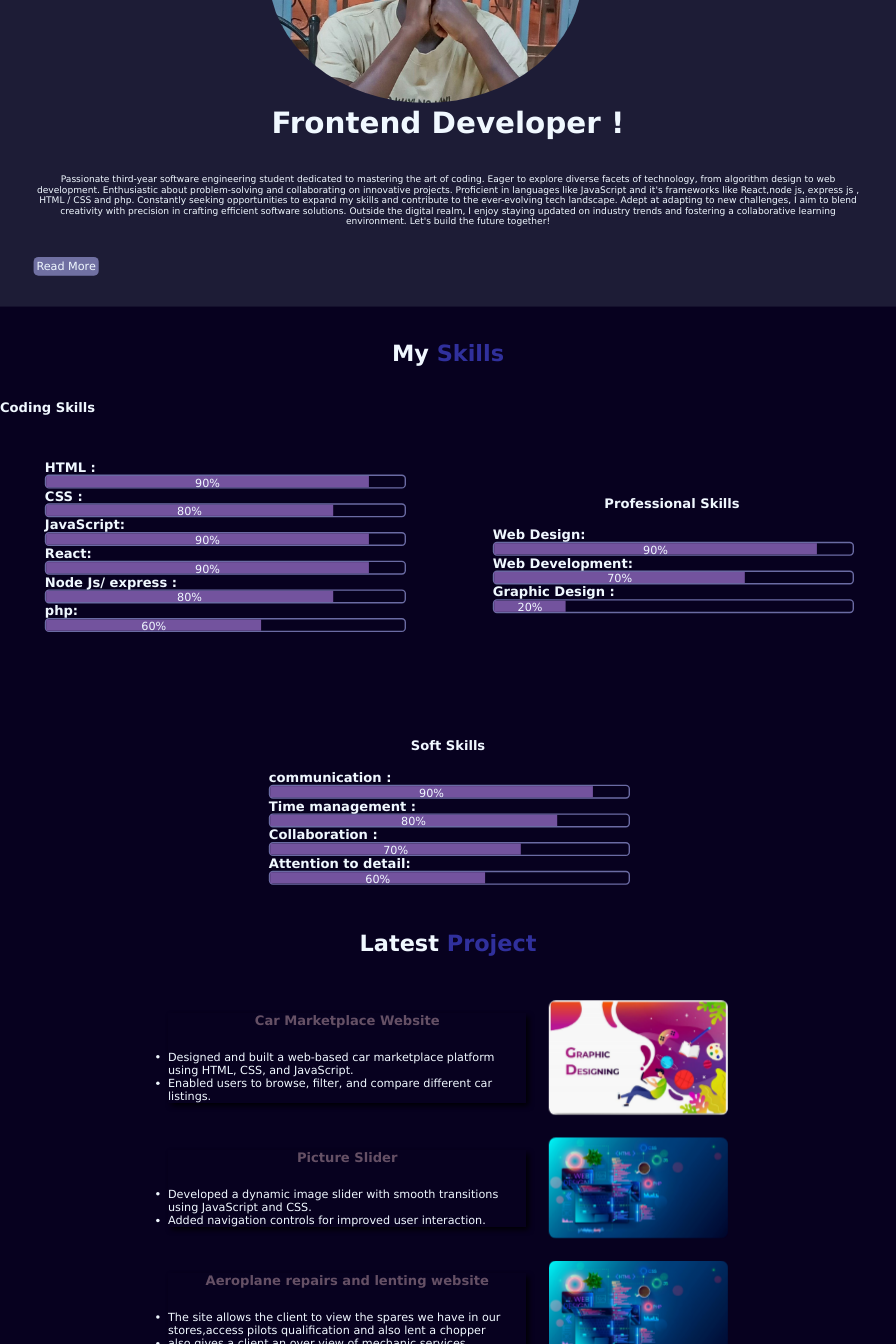
Repository: shrewd-baddest/portfolio
Page: myportfolio-main/index.html
The author's editor kept a copy of each file at every save. The page is drawn from the files as they stood at one save, then again after a run of saves.
The browser window is 1280 px wide. The pictures show the part of the page from y = 900 to 2820 px (the page is 3570 px tall before and 3662 px after), at 70% of full size.
Some web libraries are served in a nearby version.

Above is the page before, as saved 2025-06-24 08:04:53.

After the next 2 saves:
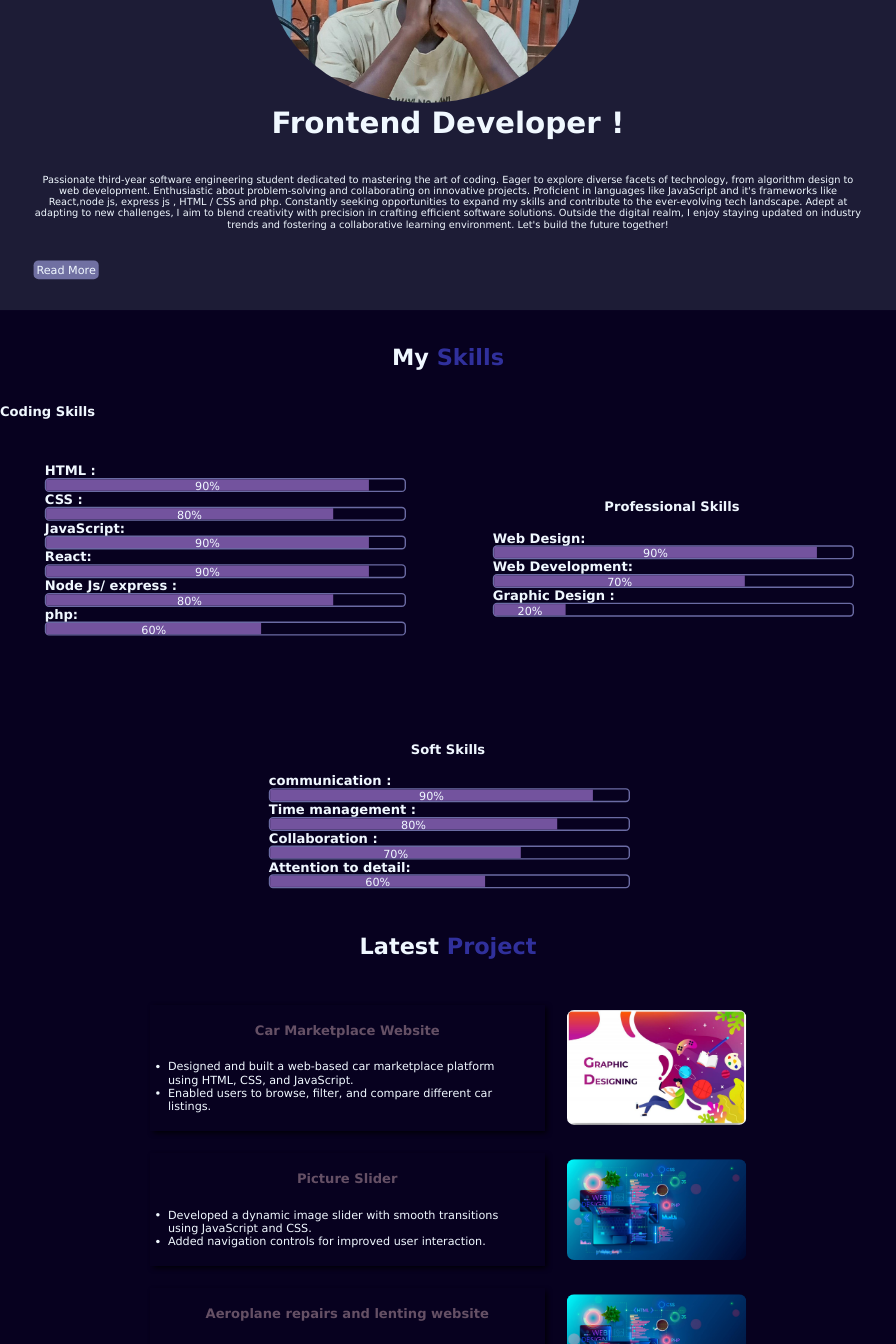
The 2 saves are shown as one change because they came seconds apart.
The last was saved 8 s later.
--- a/sting.css
+++ b/sting.css
@@ -285,7 +285,7 @@ text-align: center;
  max-width: 40%;
   box-shadow: 4px 4px 8px black;
   margin: 1rem;
-
+  padding: 2%;
 }
 .portfolio-layer h3{
     text-align: center;
